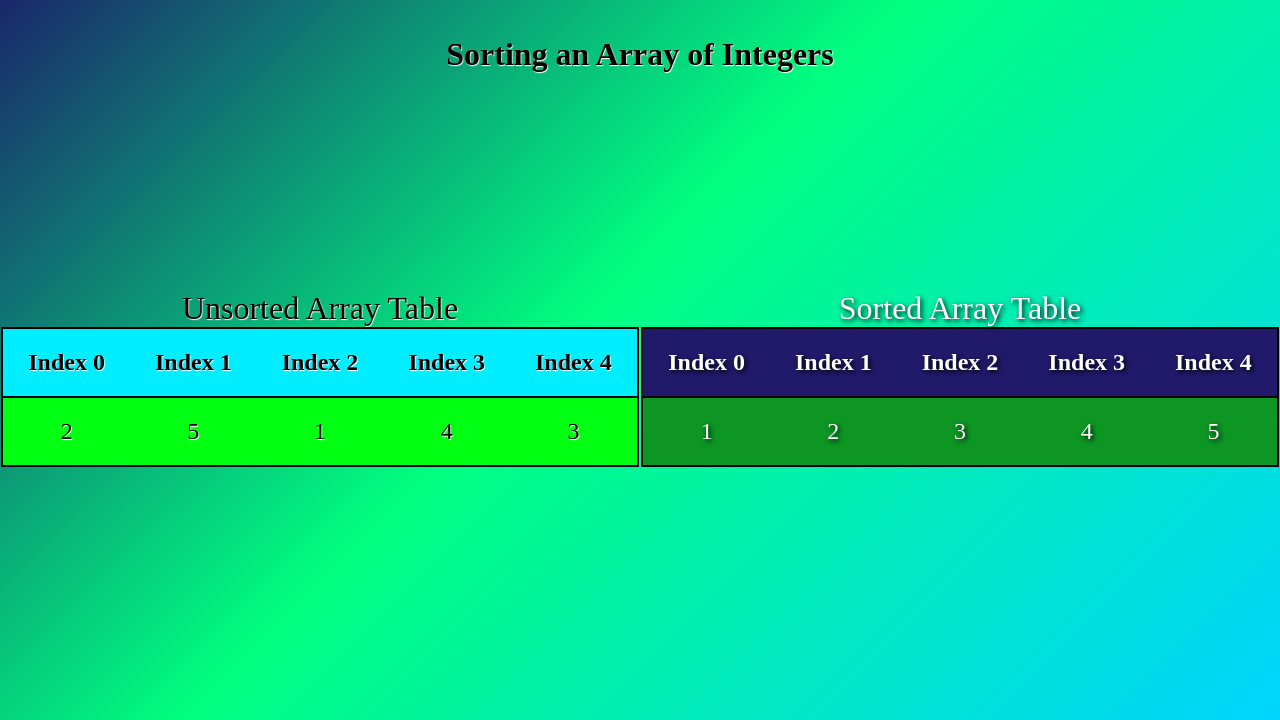
Repository: mlmEFSC21/P16-Sorting-Integers
Page: sort.html
An editor plug-in stored every save of this project. The page is shown before and after the next save, followed by the edit.
The browser window is 1280 px wide. The pictures show the whole page.

Above is the page before, as saved 2022-03-24 19:28:45.

### sort.html
<!DOCTYPE html>
<html lang="en">
    <head>
        <meta charset="UTF-8" />
        <meta http-equiv="X-UA-Compatible" content="IE=edge" />
        <meta name="viewport" content="width=device-width, initial-scale=1.0" />
        <link rel="stylesheet" href="sort.css" />
        <!-- <script defer src="sort.js"></script> -->
        <title>Array Sorting</title>
    </head>
    <body>
        <header class="mainHeader">
            <h1>Sorting an Array of Integers</h1>
        </header>
        <section>
            <div class="arrayContainer" id="arrayContainer">
                <!-- <h2 class="unsorted" id="unsorted">Array 1</h2>
                <h2 class="sorted" id="sorted">Array 2</h2> -->
                <table class="unsortedTable" id="unsortedTable">
                    <caption>
                        Unsorted Array Table
                    </caption>
                    <thead>
                        <tr class="theadRow">
                            <th>Index 0</th>
                            <th>Index 1</th>
                            <th>Index 2</th>
                            <th>Index 3</th>
                            <th>Index 4</th>
                        </tr>
                    </thead>
                    <tbody>
                        <tr>
                            <td>2</td>
                            <td>5</td>
                            <td>1</td>
                            <td>4</td>
                            <td>3</td>
                        </tr>
                    </tbody>
                </table>
                <table class="sortedTable" id="sortedTable">
                    <caption>
                        Sorted Array Table
                    </caption>
                    <thead>
                        <th>Index 0</th>
                        <th>Index 1</th>
                        <th>Index 2</th>
                        <th>Index 3</th>
                        <th>Index 4</th>
                    </thead>
                    <tbody>
                        <tr>
                            <td>1</td>
                            <td>2</td>
                            <td>3</td>
                            <td>4</td>
                            <td>5</td>
                        </tr>
                    </tbody>
                </table>
            </div>
        </section>
    </body>
</html>

### sort.css
:root {
    --clr-background: #00ff8f;
    --clr-primary-T1: hsl(184, 100%, 50%);
    --clr-primary-T2: hsl(245, 61%, 26%);
    --clr-secondary-T1: hsl(124, 100%, 50%);
    --clr-secondary-T2: hsl(130, 84%, 32%);
}
*,
*::after,
*::before {
    box-sizing: border-box;
    margin: 0;
    padding: 0;
}
body {
    font-size: 0.875;
    text-shadow: 0.75px 0.75px 1px white;
    background-color: var(--clr-background);
    background-repeat: no-repeat;
    background-size: cover;
    background: linear-gradient(
        135deg,
        rgba(26, 39, 107, 1) 0%,
        rgba(0, 255, 128, 1) 45%,
        rgba(0, 212, 255, 1) 100%
    );
    height: 100vh;
}
.mainHeader {
    height: 15vh;
    display: flex;
    align-items: center;
    justify-content: center;
}
.arrayContainer {
    height: min(75vh, 640px);
    display: flex;
    align-items: center;
    justify-content: space-around;
}
table {
    border-collapse: collapse;
    font-size: 1.5rem;
    border: 2px solid black;
}
caption {
    font-size: 2rem;
}
thead {
    border-bottom: 2px solid black;
}
th {
}
th,
td {
    margin: 10px 15px;
    padding: 20px 25px;
}
.unsortedTable th {
    background-color: var(--clr-primary-T1);
}
.unsortedTable td {
    background-color: var(--clr-secondary-T1);
    text-align: center;
}
.sortedTable {
    color: white;
    text-shadow: 1.75px 1.75px 5px black;
}
.sortedTable th {
    background-color: var(--clr-primary-T2);
}
.sortedTable td {
    background-color: var(--clr-secondary-T2);
    text-align: center;
}

After the next save:
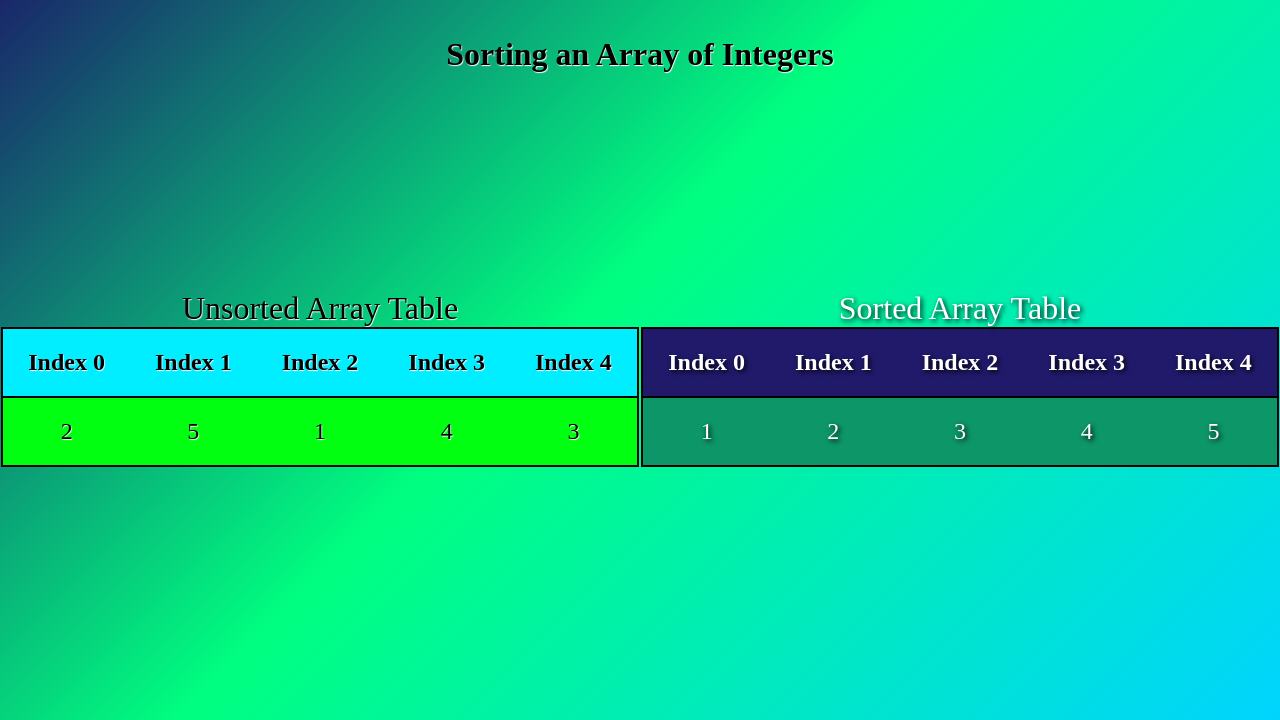
Saved 4 s later.
--- a/sort.css
+++ b/sort.css
@@ -3,7 +3,7 @@
     --clr-primary-T1: hsl(184, 100%, 50%);
     --clr-primary-T2: hsl(245, 61%, 26%);
     --clr-secondary-T1: hsl(124, 100%, 50%);
-    --clr-secondary-T2: hsl(130, 84%, 32%);
+    --clr-secondary-T2: hsl(160, 84%, 32%);
 }
 *,
 *::after,
